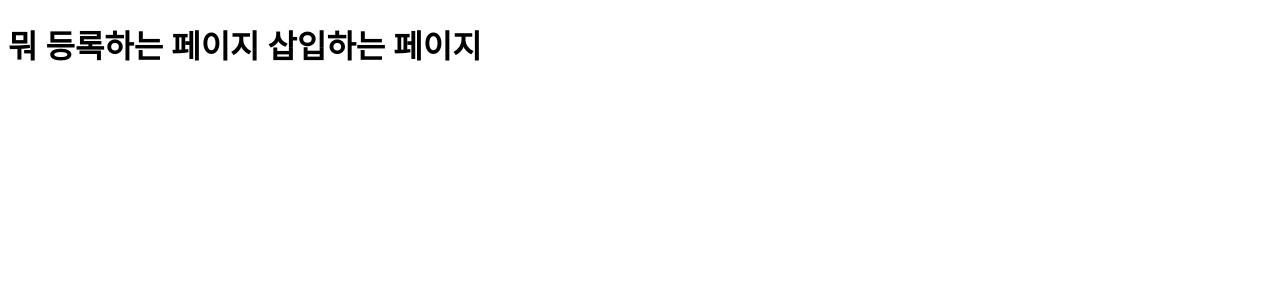
Repository: gatsby5959/_jsp_workspace_brd-mem_copy
Page: http://localhost/jsp_BoardMember/board/register.jsp
An editor plug-in stored every save of this project. The page is shown before and after the next save, followed by the edit.
The browser window is 1280 px wide. The pictures show the whole page.
The page is served by Tomcat 9.

Above is the page before, as saved 2023-09-06 11:56:43.

After the next save:
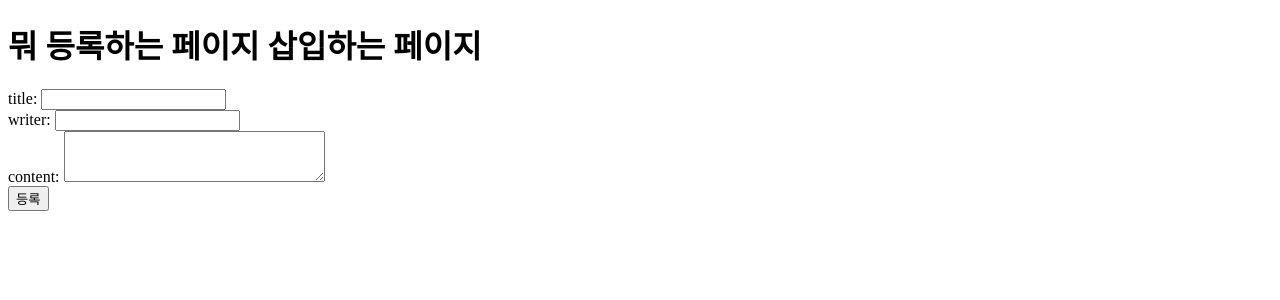
Saved 30 s later.
--- a/jsp_BoardMember/src/main/webapp/board/register.jsp
+++ b/jsp_BoardMember/src/main/webapp/board/register.jsp
@@ -8,5 +8,11 @@
 </head>
 <body>
 <h1>뭐 등록하는 페이지 삽입하는 페이지</h1>
+<form action="/brd/insert" method="post">
+	title: <input type="text" name="title"><br>
+	writer: <input type="text" name="writer"><br>
+	content: <textarea rows="3" cols="30" name="content"></textarea><br>
+	<button type="submit">등록</button>
+</form>
 </body>
 </html>
